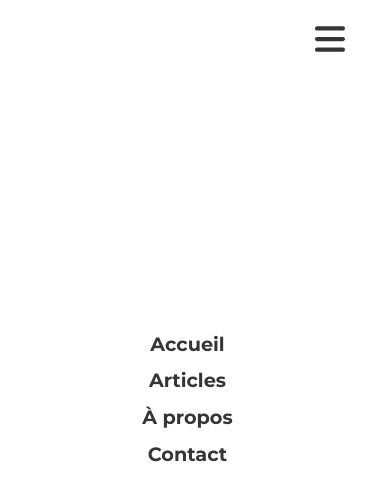
Repository: DorianABDS/Portfolio-ABBADESSA-Dorian
Page: index.html
These files come from the project's save history. The page is drawn as it stood at one moment and after the next save; the edit follows.
The browser window is 375 px wide. The pictures show the whole page.

Above is the page before, as saved 2024-11-26 00:08:17.

### index.html
<!DOCTYPE html>
<html lang="fr">
<head>
    <meta charset="UTF-8">
    <meta name="viewport" content="width=device-width, initial-scale=1.0">
    <meta charset="UTF-8">
    <meta name="viewport" content="width=device-width, initial-scale=1.0">
    <meta name="keywords" content="Portfolio, ABBADESSA Dorian, Web developper">
    <title>ABBADESSA Dorian - Portfolio</title>
    <link rel="shortcute icon" href="/src/img/Logo Div.png">
    <link rel="stylesheet" href="style.css">
</head>
<body>
    <header class="header">
        <nav class="navbar">
            <a href="index.html" class="logo">ABBADESSA Dorian</a>
            <div class="nav-links">
                <ul>
                    <li><a href="index.html">Accueil</a></li>
                    <li><a href="articles.html">Articles</a></li>
                    <li><a href="apropos.html">À propos</a></li>
                    <li><a href="contact.html">Contact</a></li>
                </ul>
            </div>
            <img src="/src/img/bars-solid.svg" alt="menu hamburger" class="menu-hamburger">
        </nav>
        <div class="social">
            <a href="#" title="Facebook"><img src="/src/img/icone Github.png" alt=""></a>
            <a href="#" title="Twitter"><img src="src/img/icone Linkedin.png" alt=""></a>
        </div>
    </header>
</body>
<script>
    const menuHamburger = document.querySelector(".menu-hamburger")
    const navLinks = document.querySelector(".nav-links")
    const social = document.querySelector(".social")

    menuHamburger.addEventListener('click',()=>{
    navLinks.classList.toggle('mobile-menu')
    })
</script>
</html>

### style.css
@font-face {
    font-family: "Montserrat";
    src: url(/src/font/Montserrat-VariableFont_wght.ttf);
}

* {
    margin: 0;
    padding: 0;
    text-decoration: none;
    list-style: none;
    box-sizing: border-box;

}

html, body {
    font-size: 19.3px;
    color: rgba(0, 0, 0, .87);
    font-family: "Montserrat", sans-serif;
    line-height: 1.8;
    font-weight: 400;
}

.navbar {
    background: rgb(145, 145, 145);
    backdrop-filter: blur(10px);
    top: 0;
    left: 0;
    height: 76px;
    width: auto;
    position: fixed;
    padding-left: 30px;
    padding-right: 61px;
    width: 100%;
    display: flex;
    justify-content: space-between;
    align-items: center;
    z-index: 1;
}

.navbar a {
    color: #353535;
    font-weight: 700;
    display: inline;
}

.navbar .nav-links ul li a::after {
    content: "";
    display: block;
    height: 2px;
    background: rgb(255, 255, 255);
    transform: scale(0);
    transition: transform 0.2s ease-in-out;
}

.navbar .nav-links ul li a:hover::after {
    transform: scale(1);
}

.navbar .logo {
    transform: none;
    font-weight: 700;
}

.navbar .nav-links ul {
    display: flex;
    align-items: center;
}

.navbar .nav-links ul li {
    display: flex;
    margin: 0 25px;
}

.navbar .nav-links ul li img {
    display: flex;
    padding: -20px;
    margin-left: -23px;
}

.navbar .menu-hamburger {
    display: none;
    position: absolute;
    top: 22px;
    right: 30px;
    width: 30px;
}

.logo

.social a {
    border: solid;
}

@media  screen and (max-width: 425px) {
    .navbar .menu-hamburger {
        display: block;
    }

    .navbar {
        padding: 0;
    }

    .nav-links {
        position: absolute;
        background-color: #fff;
        backdrop-filter: blur(8px);
        top: 0;
        left: 0;
        width: 100%;
        height: 100vh;
        display: flex;
        justify-content: center;
        align-items: center;

    }

    .nav-links ul {
        display: flex;
        flex-direction: column;
        align-items: center;
    }

    /* .nav-links ul li {
        display: flex;

    } */
}

### src/img/bars-solid.svg
<svg xmlns="http://www.w3.org/2000/svg" viewBox="0 0 448 512" fill="#353535"><!--!Font Awesome Free 6.7.0 by @fontawesome - https://fontawesome.com License - https://fontawesome.com/license/free Copyright 2024 Fonticons, Inc.--><path d="M0 96C0 78.3 14.3 64 32 64l384 0c17.7 0 32 14.3 32 32s-14.3 32-32 32L32 128C14.3 128 0 113.7 0 96zM0 256c0-17.7 14.3-32 32-32l384 0c17.7 0 32 14.3 32 32s-14.3 32-32 32L32 288c-17.7 0-32-14.3-32-32zM448 416c0 17.7-14.3 32-32 32L32 448c-17.7 0-32-14.3-32-32s14.3-32 32-32l384 0c17.7 0 32 14.3 32 32z"/></svg>

After the next save:
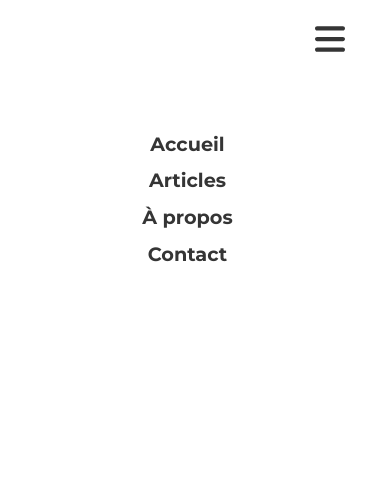
Saved 42 s later.
--- a/style.css
+++ b/style.css
@@ -107,7 +107,7 @@
         top: 0;
         left: 0;
         width: 100%;
-        height: 100vh;
+        height: 50vh;
         display: flex;
         justify-content: center;
         align-items: center;

After the save that followed:
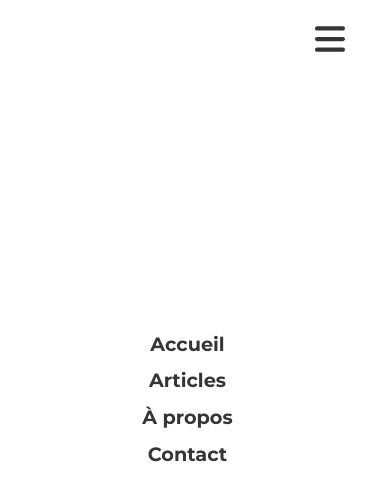
Saved 22 s later.
--- a/style.css
+++ b/style.css
@@ -107,7 +107,7 @@
         top: 0;
         left: 0;
         width: 100%;
-        height: 50vh;
+        height: 100vh;
         display: flex;
         justify-content: center;
         align-items: center;
